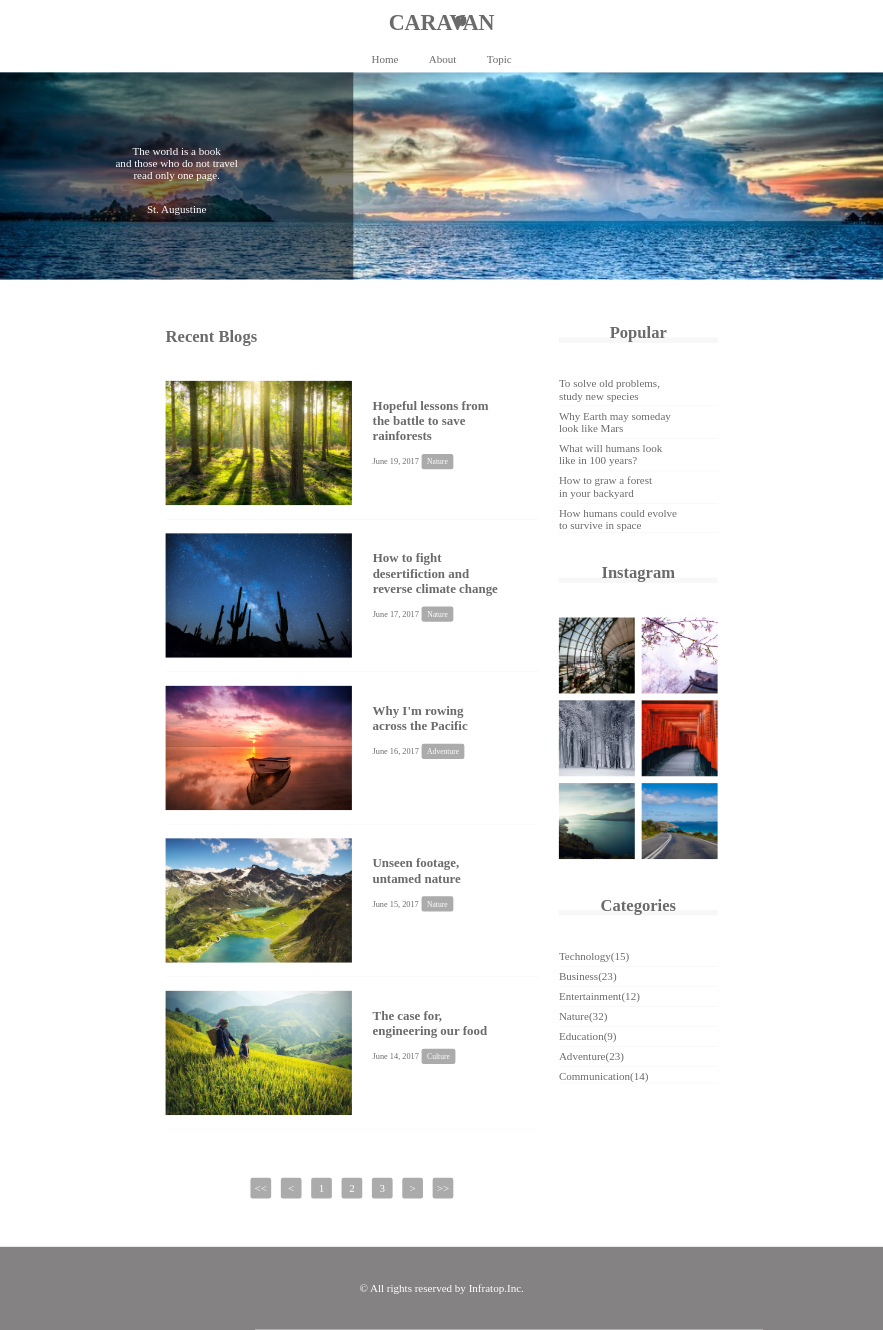
Repository: Yuya0829/HTML
Page: caravan/caravan3/index.html
The author's editor kept a record of every edit. The page is drawn from the files as they stood at one moment, then again after the next edit.
The browser window is 1280 px wide. The pictures show the whole page, at 69% of full size.
Some web libraries are served in a nearby version.

Above is the page before.

After the next edit:
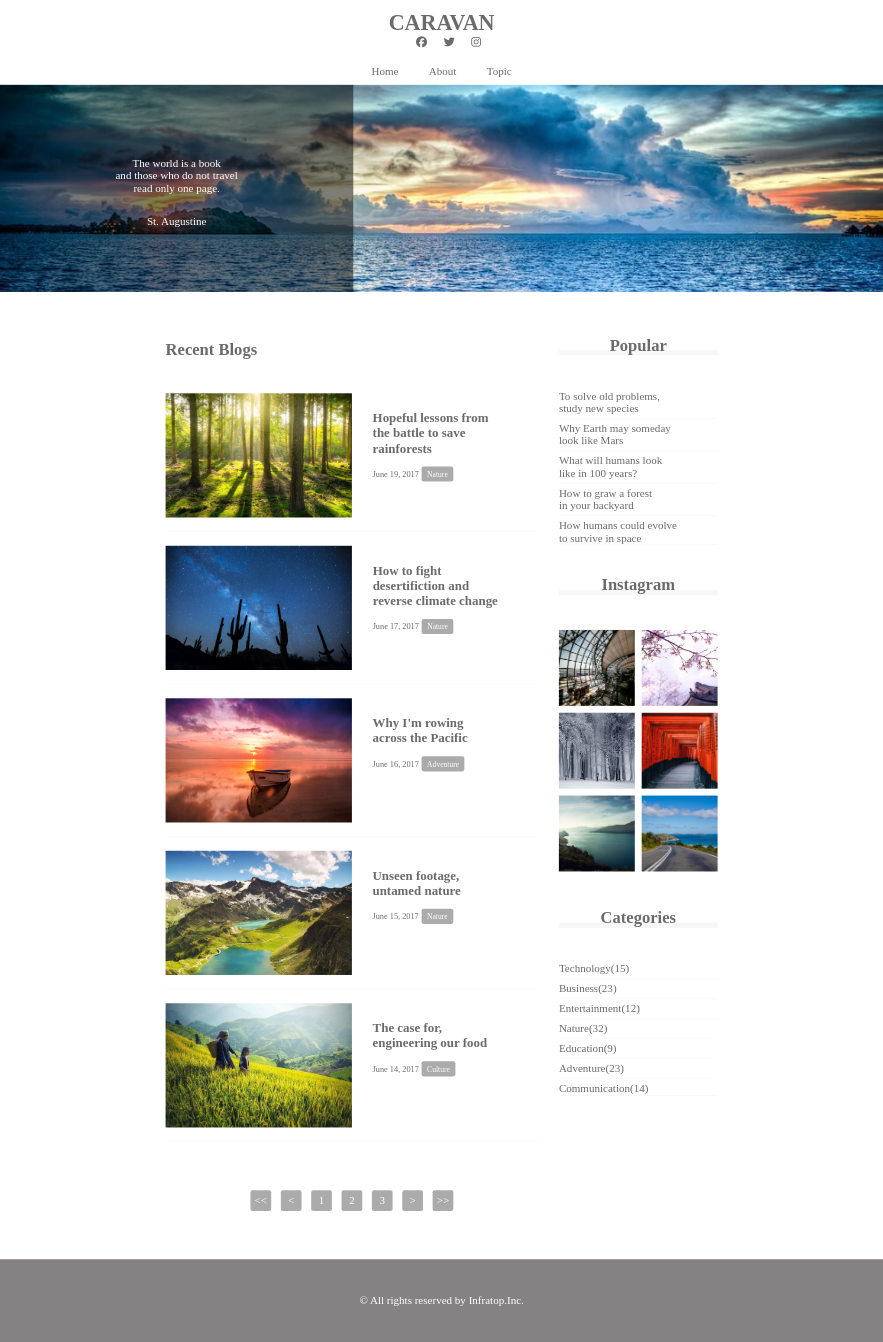
The edit:
--- a/caravan/caravan3/style.css
+++ b/caravan/caravan3/style.css
@@ -19,7 +19,7 @@
 .social i {
   display: inline-block;
   margin-left: 20px;
-  position: absolute;
+  position:;
   top: 22px;
   right;22px;
 }
